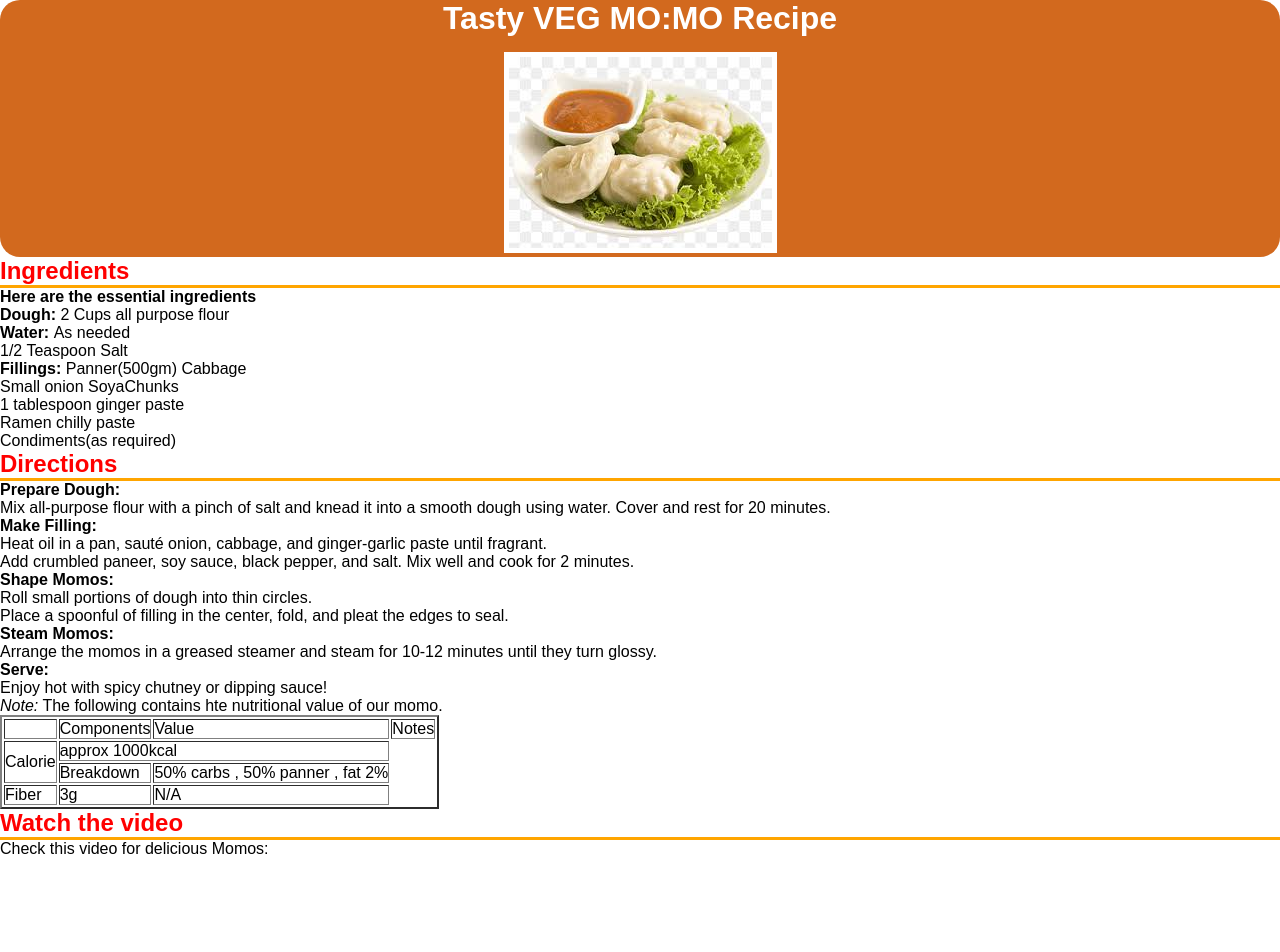
Repository: GigaByte6610/recipe
Page: index.html
The author's editor kept a copy of each file at every save. The page is drawn from the files as they stood at one save, then again after the next save.
The browser window is 1280 px wide. The pictures show the part of the page from y = 0 to 952 px (the page is 1213 px tall before and 1324 px after).
Pictures or frames that could not be fetched are drawn as grey boxes.

Above is the page before, as saved 2025-02-05 04:21:32.

After the next save:
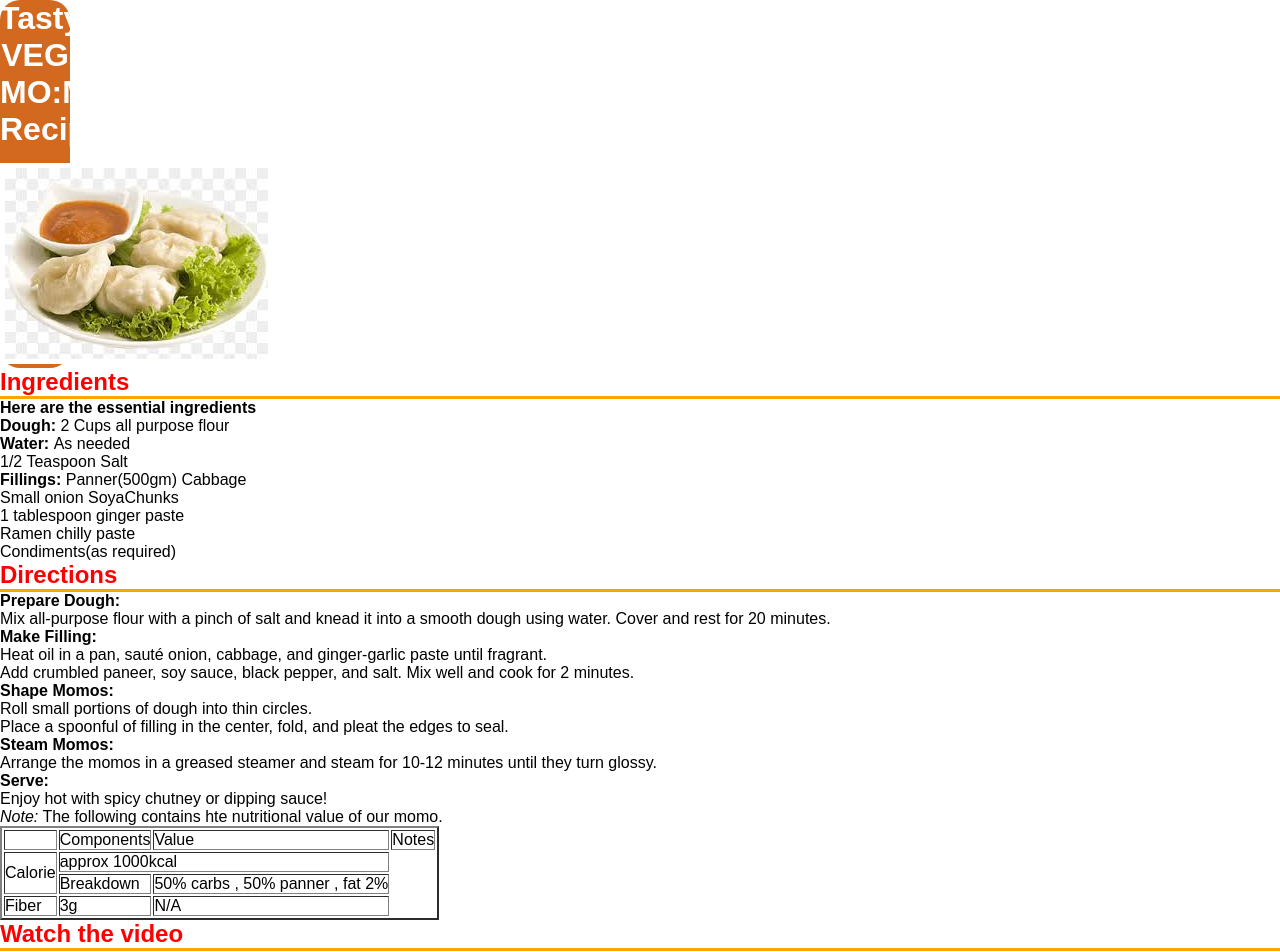
Saved 25 s later.
--- a/style.css
+++ b/style.css
@@ -10,6 +10,7 @@ body {
 
 header {
     background-color: chocolate;
+    width: 70px;
     border: 200px;
     text-align: center;
     border-radius: 20px;
